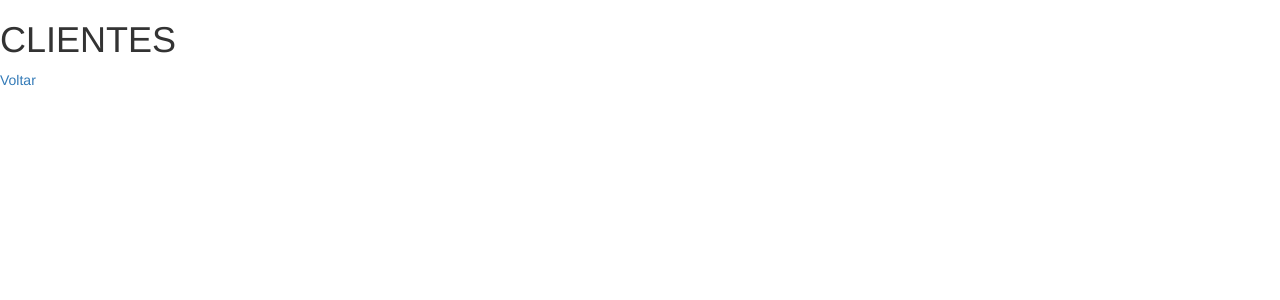
Repository: diegokunha/LojinhaGuru
Page: http://localhost/LojinhaGuru/clientes
The author's editor kept a copy of each file at every save. The page is drawn from the files as they stood at one save, then again after the next save.
The browser window is 1280 px wide. The pictures show the whole page.
Some web libraries are served in a nearby version. The page is served by Tomcat 9.

Above is the page before, as saved 2017-10-04 00:36:11.

After the next save:
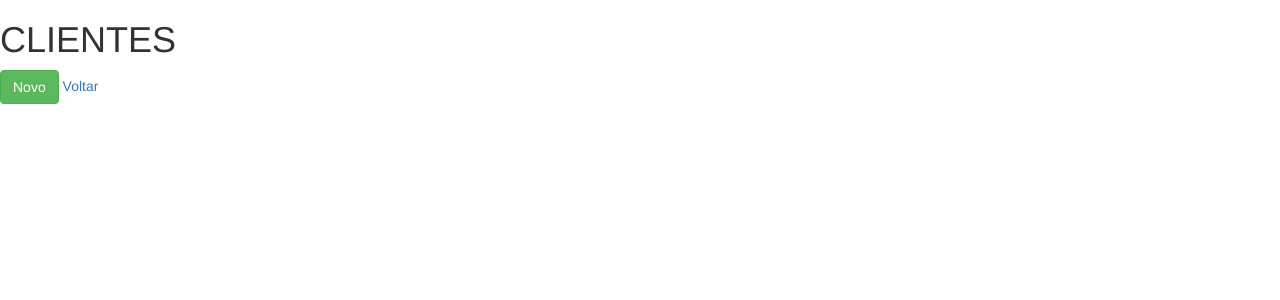
Saved 81 s later.
--- a/LojinhaGuru/WebContent/WEB-INF/views/jsp/clientes.jsp
+++ b/LojinhaGuru/WebContent/WEB-INF/views/jsp/clientes.jsp
@@ -21,7 +21,7 @@
 </head>
 <body>
 	<h1>CLIENTES</h1>
-
+	<button type="button" class="btn btn-success">Novo</button>
 	<a href="index">Voltar</a>
 </body>
 </html>
